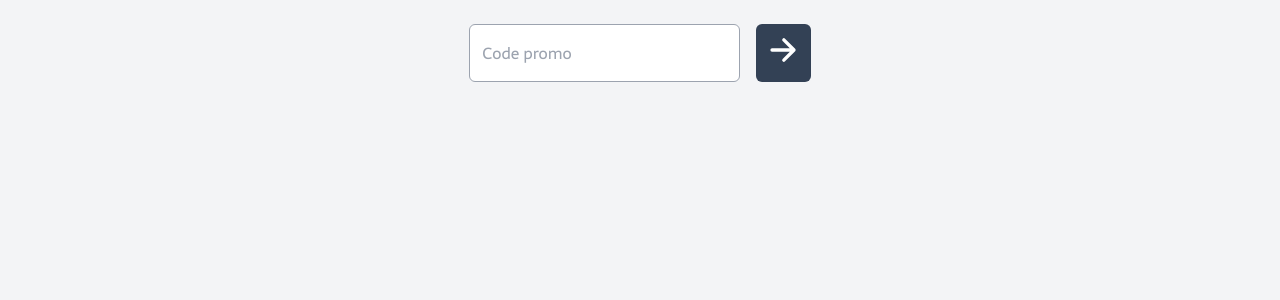
Repository: darlino/gotyu_shopify_section
Page: reduction_input210223/index.html
The author's editor kept a copy of each file at every save. The page is drawn from the files as they stood at one save, then again after the next save.
The browser window is 1280 px wide. The pictures show the whole page.
Some web libraries are served in a nearby version.

Above is the page before, as saved 2023-02-21 22:02:51.

### reduction_input210223/index.html
<!DOCTYPE html>
<html lang="en">
  <head>
    <meta charset="UTF-8" />
    <meta http-equiv="X-UA-Compatible" content="IE=edge" />
    <meta name="viewport" content="width=device-width, initial-scale=1.0" />
    <title>Document</title>
    <link rel="preconnect" href="https://fonts.googleapis.com" />
    <link rel="preconnect" href="https://fonts.gstatic.com" crossorigin />
    <link
      href="https://fonts.googleapis.com/css2?family=Sarala&display=swap"
      rel="stylesheet"
    />
    <link rel="stylesheet" href="style.css" />
    <script src="https://cdn.tailwindcss.com"></script>
    <script
      type="module"
      src="https://unpkg.com/ionicons@5.5.2/dist/ionicons/ionicons.esm.js"
    ></script>
    <script
      nomodule
      src="https://unpkg.com/ionicons@5.5.2/dist/ionicons/ionicons.js"
    ></script>
  </head>
  <body>
    <section id="reduction210223">
      <div class="max-w-[1300px] h-screen flex flex-col mx-auto bg-gray-100">
        <div
          class="flex flex-col md:px-32 px-8 py-6 justify-center items-center"
        >
          <div class="flex flex-row justify-between space-x-4 md:w-1/3 w-full">
            <input
              type="text"
              class="px-3 w-5/6 py-2 border outline-none border-1 border-gray-400 bg-white rounded-md"
              placeholder="Code promo"
            />
            <button
              type="text"
              class="px-2 w-1/6 py-2 bg-slate-700 rounded-md text-center"
            >
              <ion-icon
                name="arrow-forward-outline"
                class="text-4xl bg-none text-white"
              ></ion-icon>
            </button>
          </div>
        </div>
      </div>
    </section>
  </body>
</html>

### reduction_input210223/style.css
* {
  margin: 0;
  padding: 0;
  font-family: "Sarala", sans-serif;
}
#reduction {
  width: 100%;
  height: 100%;
}

After the next save:
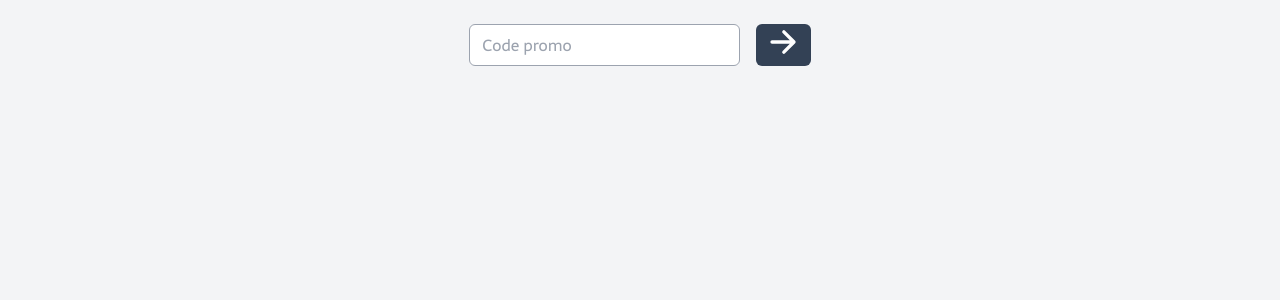
Saved 9 s later.
--- a/reduction_input210223/index.html
+++ b/reduction_input210223/index.html
@@ -36,7 +36,7 @@
             />
             <button
               type="text"
-              class="px-2 w-1/6 py-2 bg-slate-700 rounded-md text-center"
+              class="px-2 w-1/6 bg-slate-700 rounded-md text-center"
             >
               <ion-icon
                 name="arrow-forward-outline"
